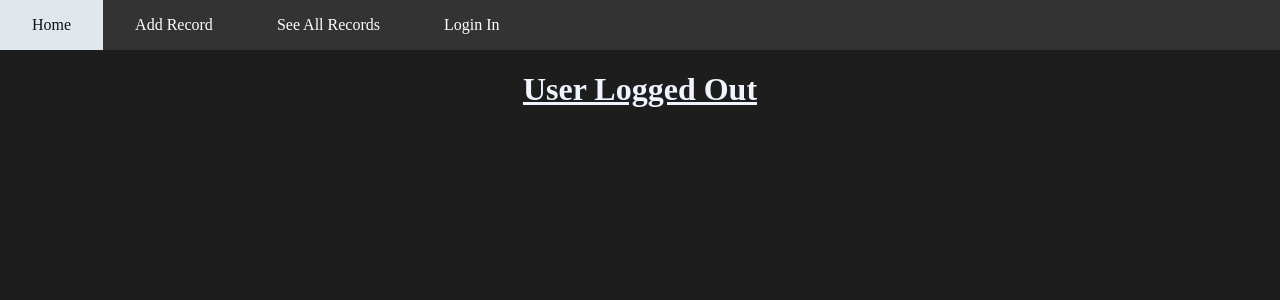
Repository: MUHAMMAD-SAQIB-2000/SpringBoot
Page: http://localhost/WebServiceRecordManagementSystem/logout.jsp
The author's editor kept a copy of each file at every save. The page is drawn from the files as they stood at one save, then again after the next save.
The browser window is 1280 px wide. The pictures show the whole page.
The page is served by Tomcat 9.

Above is the page before, as saved 2020-08-14 17:57:48.

After the next save:
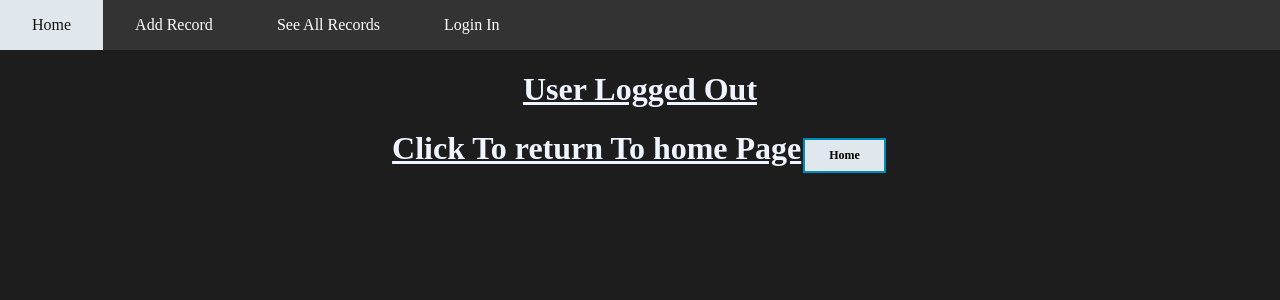
Saved 9 min 41 s later.
--- a/WebServiceRecordManagementSystem/src/main/webapp/logout.jsp
+++ b/WebServiceRecordManagementSystem/src/main/webapp/logout.jsp
@@ -1,23 +1,35 @@
 <%@ page language="java" contentType="text/html; charset=ISO-8859-1"
-    pageEncoding="ISO-8859-1"%>
+	pageEncoding="ISO-8859-1"%>
 <!DOCTYPE html>
 <html>
 <head>
 <meta charset="ISO-8859-1">
-<title>Insert title here</title>
+<title>Logout Page</title>
 <link rel="stylesheet" href="style.css">
 </head>
 <body>
 	<div>
 		<ul>
-			<li><a class="active" onclick="window.location.href = '${pageContext.request.contextPath}/home'">Home</a></li>
-			<li><a onclick="window.location.href = '${pageContext.request.contextPath}/addCustomerForm'">Add Record</a></li>
-			<li><a onclick="window.location.href = '${pageContext.request.contextPath}/displayAllCustomers'">See All Records</a></li>
-			<li><a onclick="window.location.href = '${pageContext.request.contextPath}/login'">Login In</a></li>
+			<li><a class="active"
+				onclick="window.location.href = '${pageContext.request.contextPath}/home'">Home</a></li>
+			<li><a
+				onclick="window.location.href = '${pageContext.request.contextPath}/addCustomerForm'">Add
+					Record</a></li>
+			<li><a
+				onclick="window.location.href = '${pageContext.request.contextPath}/displayAllCustomers'">See
+					All Records</a></li>
+			<li><a
+				onclick="window.location.href = '${pageContext.request.contextPath}/login'">Login
+					In</a></li>
 		</ul>
 	</div>
 	<div class="mainBody">
 		<h1 class="h">User Logged Out</h1>
+		<h1 class="h">
+			Click To return To home Page<a class="button button2 onclick="
+				window.location.href='${pageContext.request.contextPath}/login'">Home
+			</a>
+		</h1>
 	</div>
 
 </body>
